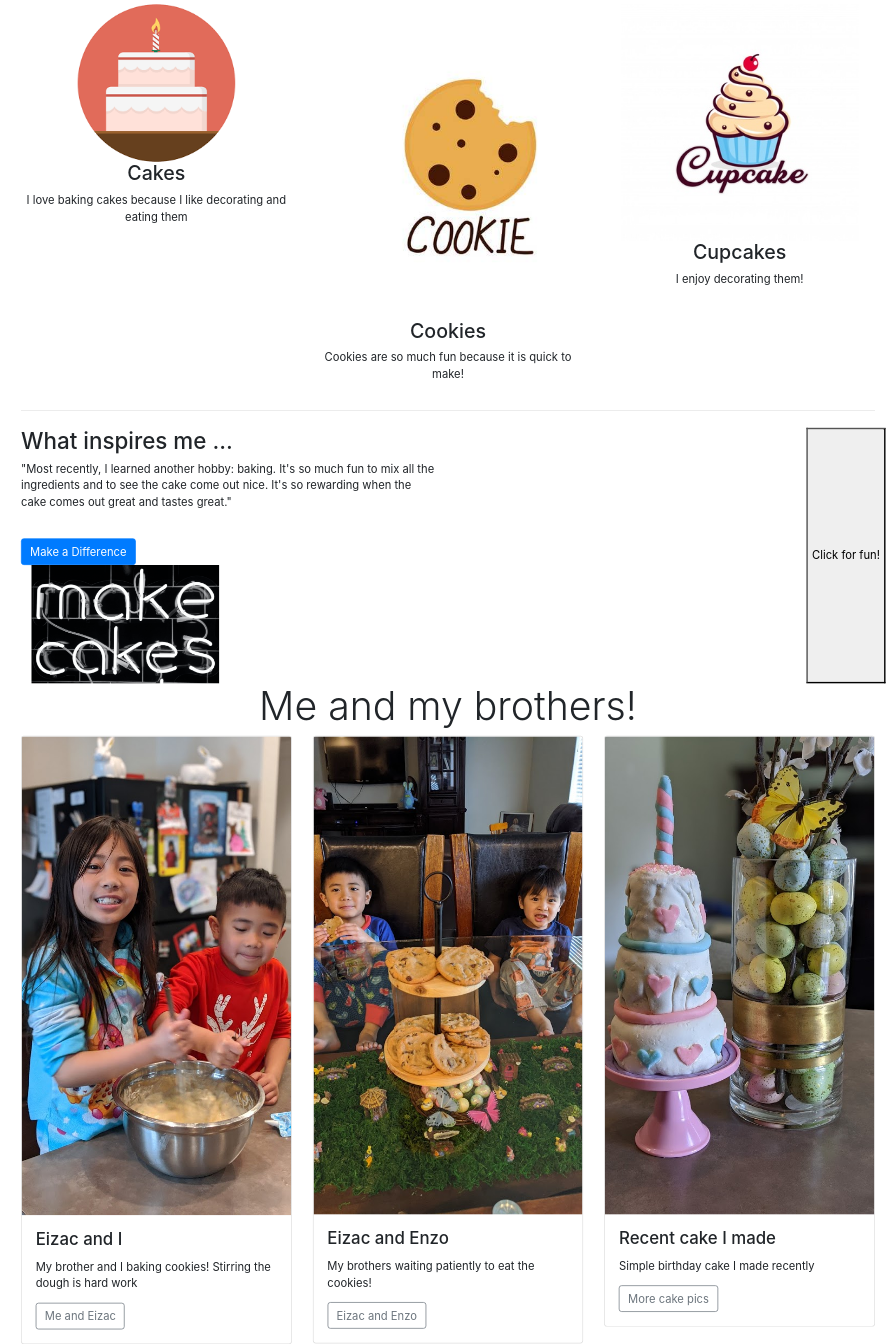
Repository: djzaragoza/Bea-Creation
Page: index.html
These files come from the project's save history. The page is drawn as it stood at one moment and after the next save; the edit follows.
The browser window is 1280 px wide. The pictures show the part of the page from y = 2583 to 4503 px (the page is 4503 px tall), at 70% of full size.
Some web libraries are served in a nearby version.

Above is the page before, as saved 2020-04-07 21:58:47.

### index.html
<!DOCTYPE html>
<html lang="en">
<head>
    <meta charset="utf-8">
    <meta name="viewport" content="width=device-width, initial-scale=1">
    <title>Bea's Creation</title>
    <link rel="stylesheet" href="https://maxcdn.bootstrapcdn.com/bootstrap/4.0.0/css/bootstrap.min.css">
    <script src="https://ajax.googleapis.com/ajax/libs/jquery/3.3.1/jquery.min.js"></script>
    <script src="https://cdnjs.cloudflare.com/ajax/libs/popper.js/1.12.9/umd/popper.min.js"></script>
    <script src="https://maxcdn.bootstrapcdn.com/bootstrap/4.0.0/js/bootstrap.min.js"></script>
    <script src="https://use.fontawesome.com/releases/v5.0.8/js/all.js"></script>
    <link rel="style.css" rel="stylesheet">
</head>
<body>

<!-- navigation -->
<nav class="navbar navbar-expand-md navbar-light bg-light sticky-top">
<div class="container-fluid">
    <a class="navbar-brand" href="#"><img src="img/bea_logo.png"></a>
    <button class="navbar-toggler" type="button" data-toggle="collapse" data-target="#navbarResponsive">
        <span class="navbar-toggler-icon"></span>
    </button>
    <div class="collapse navbar-collapse" id="navbarResponsive">
        <ul class="navbar-nav ml-auto">
            <li class="nav-item active">
                <a class="nav-link" href="#">Home</a>
            </li>
            <li class="nav-item">
                <a class="nav-link" href="#">Cakes</a>
            </li>
            <li class="nav-item">
                <a class="nav-link" href="#">Cupcakes</a>
            </li>
            <li class="nav-item">
                <a class="nav-link" href="#">Cookies</a>
            </li>
        </ul>
    </div>

</div>


</nav>


<!-- image slider -->
<div id="slides" class="carousel slide" data-ride="carousel">
    <ul class="carousel-indicators">
        <li data-target="#slides" data-slide-to="0" class="active"></li>
        <li data-target="#slides" data-slide-to="1">
        <li data-target="#slides" data-slide-to="2">
    </ul>
    <div class="carousel-inner">
        <div class="carousel-item active">
            <img src="img/bea_cover_photo.jpg">
            <div class="carousel-caption">
                <h1 class="display-2">Hello! Nice to meet you!</h1>
                <h3>I'm Bea!</h3>
                <button type="button" class="btn btn-outline-light btn-lg">About Me!</button>
                <button type="button" class="btn btn-primary btn-lg">Click Me!</button>
            </div>
        </div>
        <div class="carousel-item">
            <img src="img/bea_home_cookies.jpg">
        </div>
        <div class="carousel-item">
            <img src="img/bea_home_cupcakes.jpg">
        </div>
    </div>
</div>


<!-- jumbotron -->
<div class="container-fluid">
    <div class="row jumbotron">
        <div class="column-xs-12 col-sm-12 col-md-9 col-lg-9 col-xl-10">
            <p class="lead">Welcome to my page!  My daddy made it for me because he thinks I should show off all of the things I bake.  Check out his own website      ----------------------- > </p>
        </div>
        <div class="col-xs-12 col-sm-12 col-md-3 col-lg-3 col-xl-2">
            <a href="https://www.djzaragoza.dev" target="_blank"><button type="button" class="btn btn-outline-secondary btn-lg">My Daddy's page</button></a>
        </div>

    </div>
</div>

<!-- welcome section -->

<div class="container-fluid padding">
<div class="row welcome text-center">
    <div class="col-12">
        <h1 class="display-4">Creating yummy stuff is so much fun!</div>
    </div>
    <hr>
    <div class="col-12">
        <p class="lead">Welcome to my own site!  I love baking all kinds of cakes, cookies and cupcakes for my family.</p>
    </div>
<div>
</div>

<!-- three column section -->
<div class="container-fluid padding">
<div class="row text-center padding">
    <div class="col-xs-12 col-sm-6 col-md-4">
        <img src="img/cake_icon.png">
        <h3>Cakes</h3>
        <p>I love baking cakes because I like decorating and eating them</p>
    </div>
    <div class="col-xs-12 col-sm-6 col-md-4">
        <img src="img/cookie_icon.jpg">
        <h3>Cookies</h3>
        <p>Cookies are so much fun because it is quick to make!</p>
    </div>
    <div class="col-sm-12 col-md-4">
        <img src="img/cupcake_icon.jpg">
        <h3>Cupcakes</h3>
        <p>I enjoy decorating them!</p>
    </div>
</div>
<hr class="my-4">
</div>

<!-- two column section -->

<div class="container-fluid padding">
    <div class="row padding">
        <div class="col-md-12 col-lg-6">
            <h2>What inspires me ...</h2>
            <p>"Most recently, I learned another hobby: baking.  It's so much fun to mix all the ingredients and to see the cake come out nice.  It's so rewarding when the cake comes out great and tastes great."
            </p>
            <br>
            <a href="https://www.icingsmiles.org" target="_blank" class="btn btn-primary">Make a Difference</a>
        <div>
        <div class="col-lg-6">
            <img src="img/family_baking_icon.jpg" class="img-fluid">
        </div>
    </div>
</div>
<hr class="my-4">
<!-- fixed background -->
<figure>
    <div class="fixed-wrap">
        <div id="fixed">
        </div>
    </div>
</figure>


<!-- emoji section -->
<button class="fun" data-toggle="collapse" data-target="#emoji">Click for fun!</button>
<div id="emoji" class="collapse">
    <div class="container-fluid padding">
        <div class="row text-center">
            <div class="col-sm-6 col-md-3">
                <img class="gif" src="img/custard.png">
            </div>
            <div class="col-sm-6 col-md-3">
                <img class="gif" src="img/cake.png">
            </div>
            <div class="col-sm-6 col-md-3">
                <img class="gif" src="img/cupcake.png">
            </div>
            <div class="col-sm-6 col-md-3">
                <img class="gif" src="img/icecream.png">
            </div>
        </div>
    </div>
</div>

<!-- meet the team -->
<div class="container-fluid padding">
<div class="row welcome text-center">
    <div class="col-12">
        <h1 class="display-4">Me and my brothers!</h1>
    </div>
    <hr>
</div>
</div>


<!-- cards -->

<div class="container-fluid padding">
<div class="row padding">
    <div class="col-md-4">
        <div class="card">
            <img class="card-img-top" src="img/brothers_1.jpg">
            <div class="card-body">
                <h4 class="card-title">Eizac and I</h4>
                <p class="card-text">My brother and I baking cookies!  Stirring the dough is hard work</p>
                <a href="#" class="btn btn-outline-secondary">Me and Eizac</a>
            </div>
        </div>
    </div>

    <div class="col-md-4">
        <div class="card">
            <img class="card-img-top" src="img/brothers_2.jpg">
            <div class="card-body">
                <h4 class="card-title">Eizac and Enzo</h4>
                <p class="card-text">My brothers waiting patiently to eat the cookies!</p>
                <a href="#" class="btn btn-outline-secondary">Eizac and Enzo</a>
            </div>
        </div>
    </div>

    <div class="col-md-4">
        <div class="card">
            <img class="card-img-top" src="img/brothers_3.jpg">
            <div class="card-body">
                <h4 class="card-title">Recent cake I made</h4>
                <p class="card-text">Simple birthday cake I made recently</p>
                <a href="#" class="btn btn-outline-secondary">More cake pics</a>
            </div>
        </div>
    </div>

</div>
</div>

<!-- two column section -->

<!-- connect -->

<!-- footer -->





</body>



</html>

After the next save:
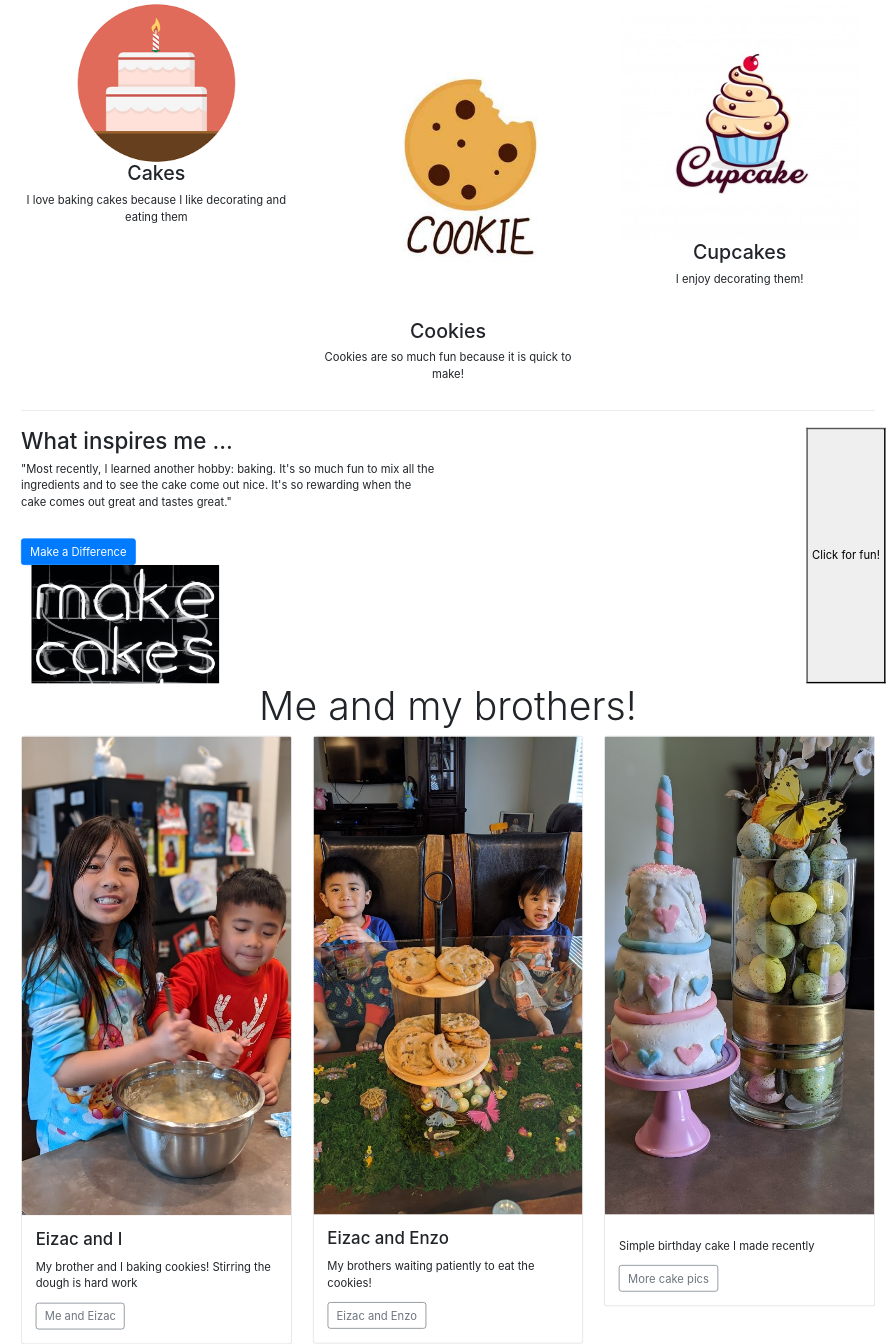
Saved 3 min 10 s later.
--- a/index.html
+++ b/index.html
@@ -207,7 +207,7 @@
         <div class="card">
             <img class="card-img-top" src="img/brothers_3.jpg">
             <div class="card-body">
-                <h4 class="card-title">Recent cake I made</h4>
+                <h4 class="card-title"></h4>
                 <p class="card-text">Simple birthday cake I made recently</p>
                 <a href="#" class="btn btn-outline-secondary">More cake pics</a>
             </div>
